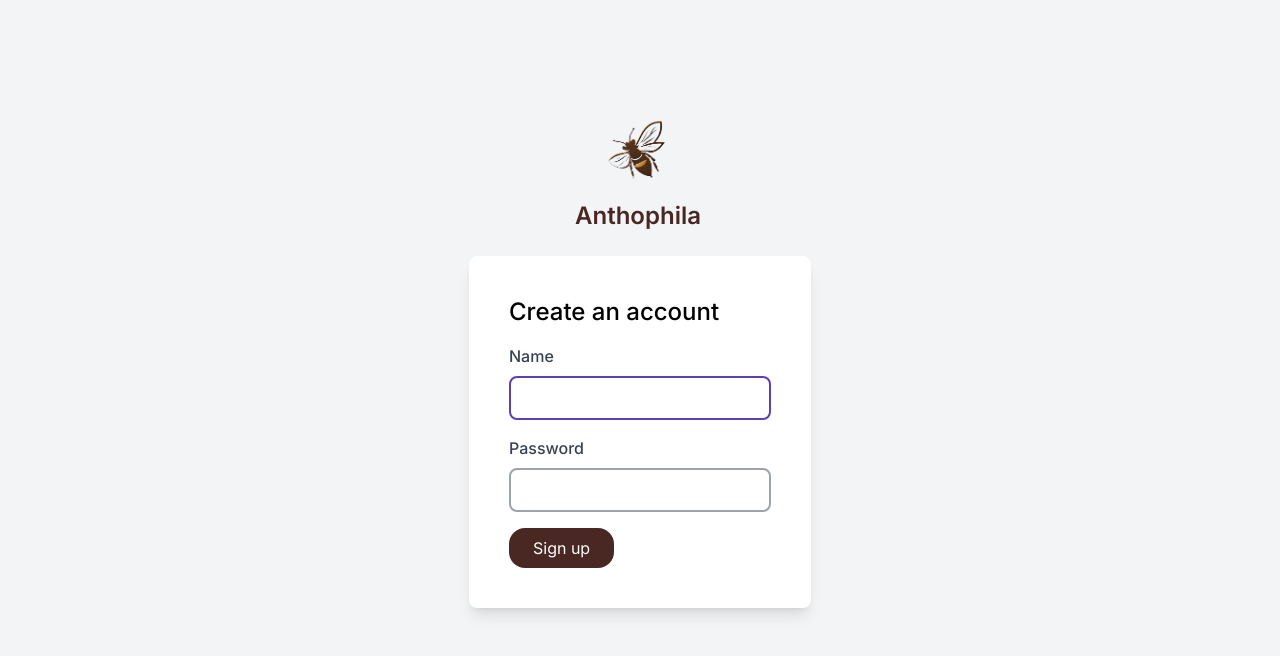
Repository: marcusdashe/anthophila
Page: /signup
An editor plug-in stored every save of this project. The page is shown before and after the next save, followed by the edit.
The browser window is 1280 px wide. The pictures show the whole page.
The project was rebuilt for these pictures with package versions that can differ from the ones it lists, and the page was loaded fresh each time. The framework's server and built-in components were replaced by stand-ins that run in the browser. Also part of the build but not shown: next.config.js.

Above is the page before, as saved 2023-03-01 22:38:23.

### pages/_document.js
import { Html, Head, Main, NextScript } from 'next/document'

export default function Document() {
  return (
    <Html lang="en">
      <Head>
        <link rel="preconnect" href="https://fonts.googleapis.com" />
        <link rel="preconnect" href="https://fonts.gstatic.com" crossOrigin />
        <link href="https://fonts.googleapis.com/css2?family=Inter:wght@100;200;300;400;500;600&display=swap" rel="stylesheet" />
      </Head>
      <body>
        <Main />
        <NextScript />
      </body>
    </Html>
  )
}

### pages/signup.js
import React from 'react'
import Button from '../components/Button'
import Web3 from 'web3'



const Signup = () => {

  async function requestAccounts() {
    if (window.ethereum) {
      await window.ethereum.request({ method: 'eth_requestAccounts' });
      const web3 = new Web3(window.ethereum);
      return web3;
    } else {
      alert('Please install Metamask to use this dApp');
    }
  }

  return (
    <div className="flex flex-col items-center justify-center h-screen bg-gray-100">
      <div className='font-bold text-2xl cursor-pointer flex flex-col items-center text-gray-80 hover:scale-110 duration-500 mb-6'>
            <img src="/assets/logo.png" alt="logo" className="object-scale-down h-20 w-20" />
                <span className='text-2xl text-[#492823] mr-1 pt-2 '>
                    Anthophila
                </span>
      </div>
    <div className="bg-white p-10 rounded-lg shadow-lg">
      <h1 className="text-2xl font-medium mb-4">Create an account</h1>
      <form>
        <div className="mb-4">
          <label htmlFor="name" className="block text-gray-700 font-medium mb-2">Name</label>
          <input type="text" id="name" name="name" className="border-[#5F3EB2] border-2 rounded-lg py-2 px-3 w-full" />
        </div>
        <div className="mb-4">
          <label htmlFor="password" className="block text-gray-700 font-medium mb-2">Password</label>
          <input type="password" id="password" name="password" className="border-gray-400 border-2 rounded-lg py-2 px-3 w-full" />
        </div>
        <Button isPrimary={true}>Sign up</Button>
      </form>
    </div>
  </div>
);
}



export default Signup

### styles/globals.css
@tailwind base;
@tailwind components;
@tailwind utilities;


@layer base {
    html {

      font-family: 'Inter', sans-serif;
    }
  }

### components/Button.jsx
import React, {useEffect} from 'react'

const Button = ({isPrimary, children}) => {
 console.log(isPrimary)
  return (
    <>
    {
      isPrimary ?
      <button className="bg-[#492823] w-150 text-white py-2 px-6 rounded-2xl md:mr-3 ml-0 hover:bg-[#D5D0ED] hover:text-[#492823] duration-500 hover:scale-125 duration-500  snm:mr-3">
        {children}
      </button>
    :
      <button className="bg-white w-150 text-[#5F3EB2]  border-[3px] border-[#5F3EB2] font-bold py-2 px-6 rounded-2xl hover:scale-125 duration-500 md:ml-8 duration-500 hover:text-[#492823] duration-500">
        {children}
      </button>

    }
   </>
  )
}
// bg-[] w-150 text-white py-2 px-6 rounded-2xl md:ml-8 hover:bg-[#D5D0ED] hover:text-[#492823] duration-500

export default Button

### tailwind.config.js
/** @type {import('tailwindcss').Config} */

module.exports = {
  content: [
    "./app/**/*.{js,ts,jsx,tsx}",
    "./pages/**/*.{js,ts,jsx,tsx}",
    "./components/**/*.{js,ts,jsx,tsx}",
  ],
  theme: {
    extend: {},
  },
  plugins: [],
}

Loaded but not shown: pages/_app.js (common file); pages/api/hello.js (common file)

After the next save:
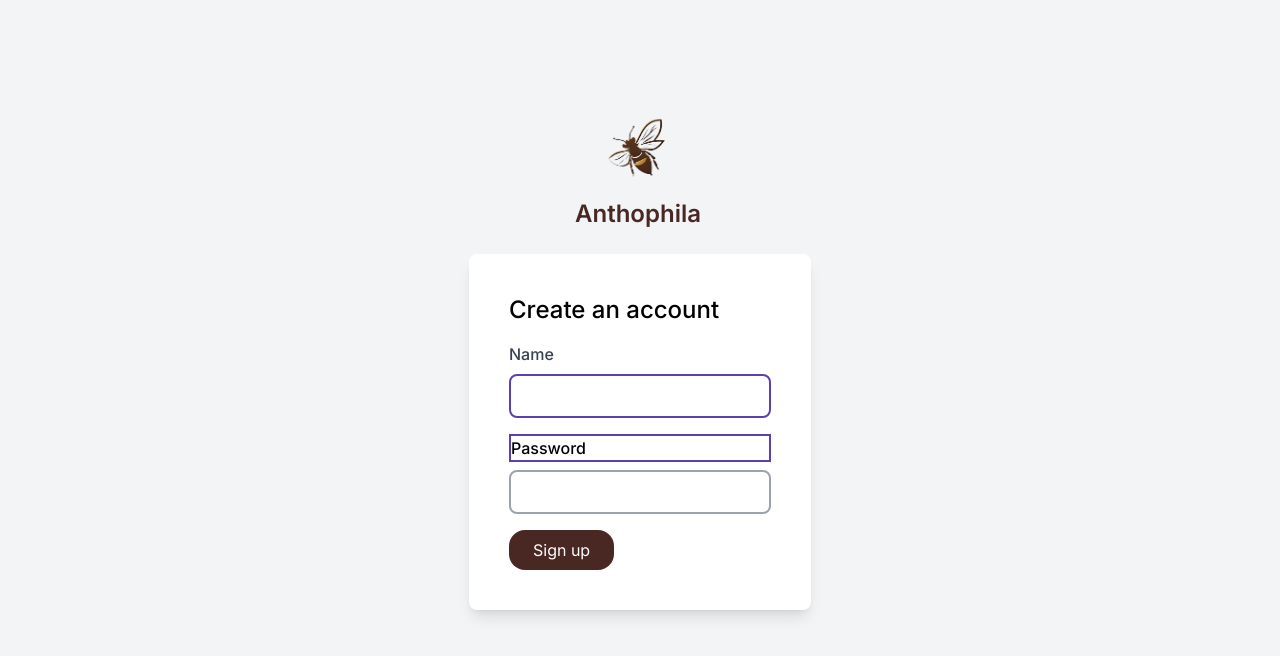
Saved 21 s later.
--- a/pages/signup.js
+++ b/pages/signup.js
@@ -32,7 +32,7 @@ const Signup = () => {
           <input type="text" id="name" name="name" className="border-[#5F3EB2] border-2 rounded-lg py-2 px-3 w-full" />
         </div>
         <div className="mb-4">
-          <label htmlFor="password" className="block text-gray-700 font-medium mb-2">Password</label>
+          <label htmlFor="password" className="block border-[#5F3EB2] border-2 font-medium mb-2">Password</label>
           <input type="password" id="password" name="password" className="border-gray-400 border-2 rounded-lg py-2 px-3 w-full" />
         </div>
         <Button isPrimary={true}>Sign up</Button>
